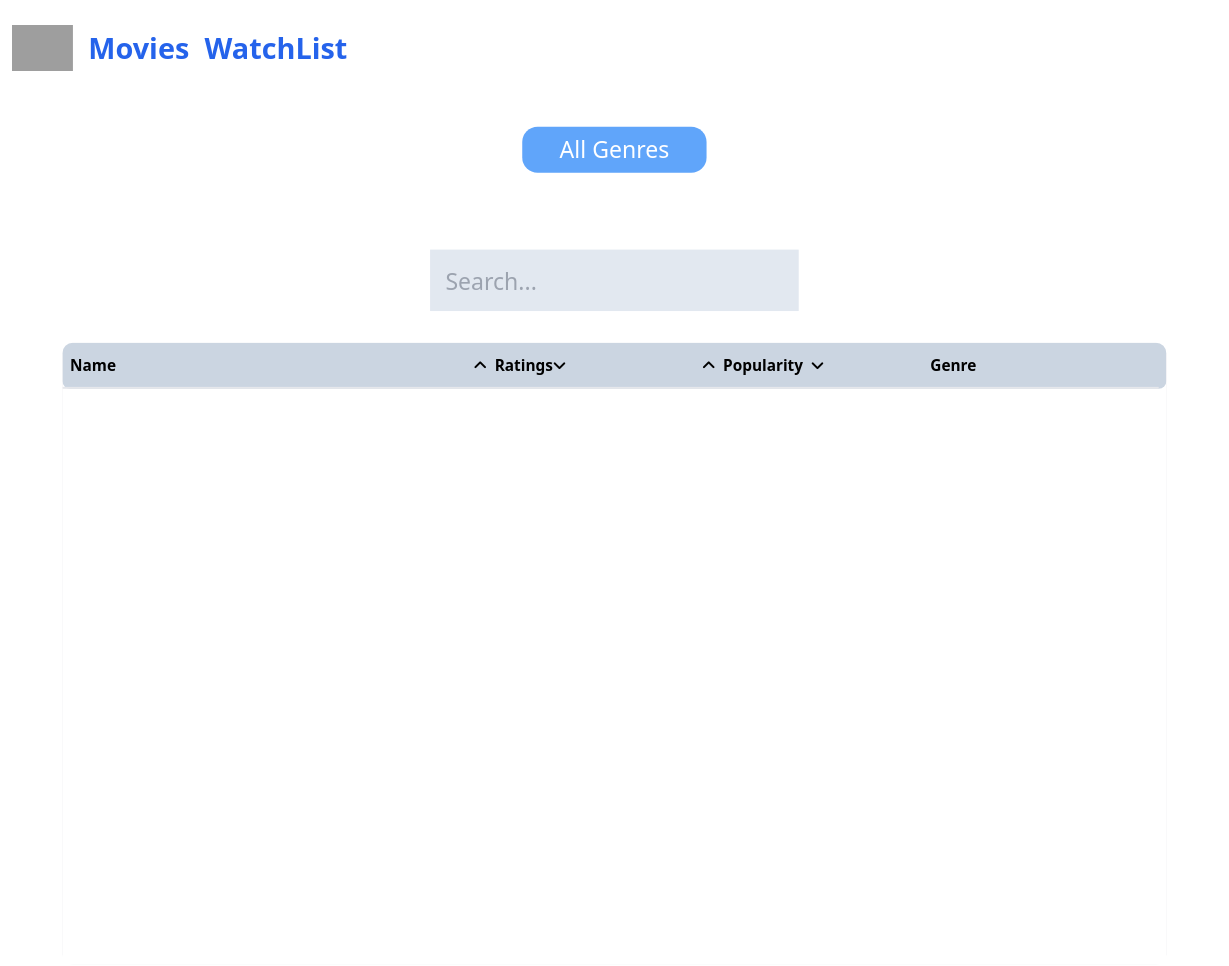
Repository: Aakash20bhatt/LearnReact
Page: /watchlist (app in moviesApp/)
These files come from the project's save history. The page is drawn as it stood at one moment and after the next save; the edit follows.
The browser window is 1280 px wide. The pictures show the whole page, at 96% of full size.
Pictures or frames that could not be fetched are drawn as grey boxes. Some web libraries are served in a nearby version. The project was rebuilt for these pictures with package versions that can differ from the ones it lists, and the page was loaded fresh each time. Also part of the build but not shown: moviesApp/vite.config.js, moviesApp/src/App.css, moviesApp/src/Components/Banner.jsx, moviesApp/src/Components/MovieCard.jsx, moviesApp/src/Components/Pagination.jsx, moviesApp/src/redux/movieMiddleware.js, moviesApp/src/Components/Movies.jsx, moviesApp/src/Components/MovieDetails.jsx.

Above is the page before, as saved 2024-08-25 14:15:16.

After the next save:
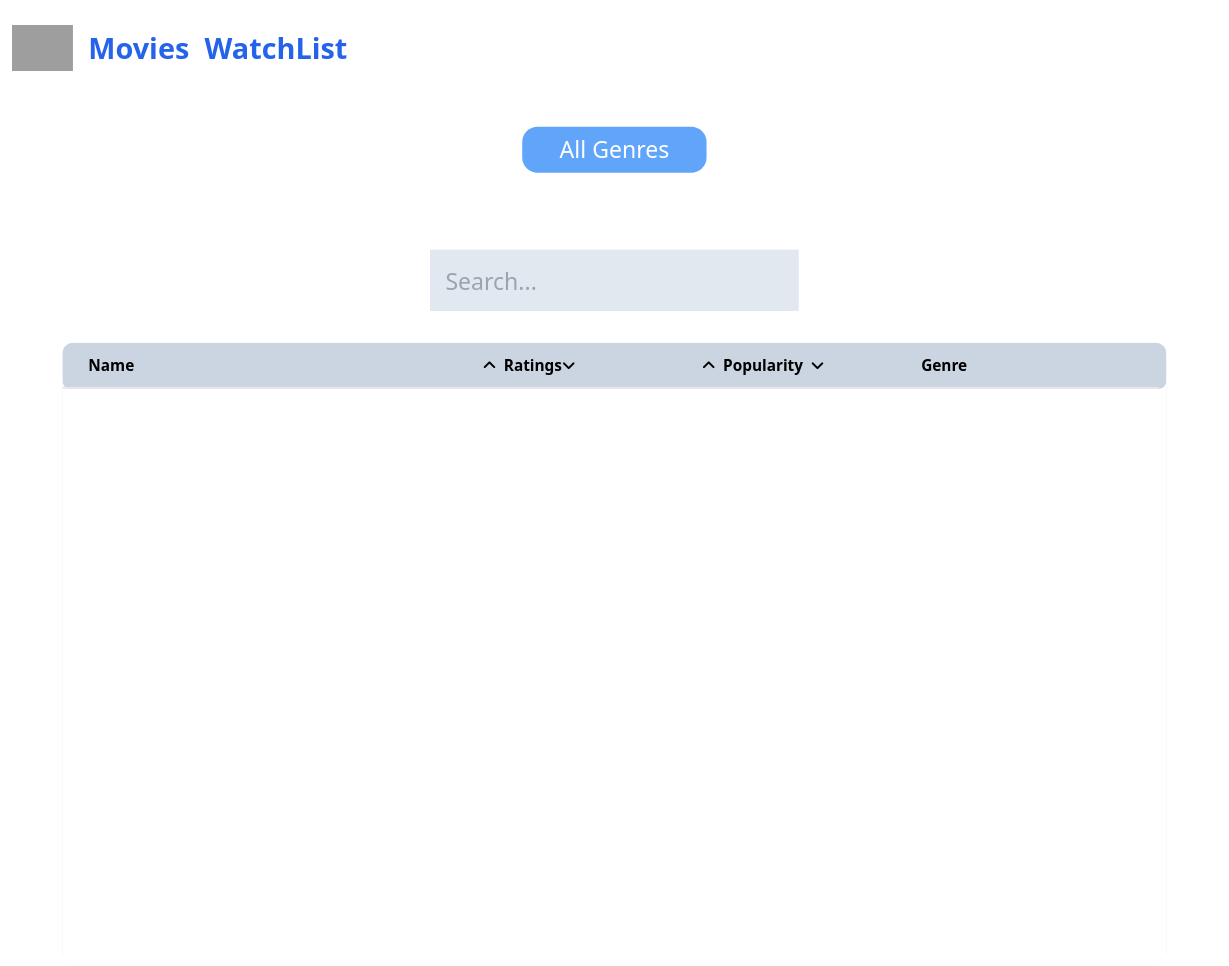
Saved 83 s later.
--- a/moviesApp/src/Components/Watchlist.jsx
+++ b/moviesApp/src/Components/Watchlist.jsx
@@ -97,7 +97,7 @@ export default function Watchlist() {
             />
             <table className="rounded-xl border w-[90%] overflow-hidden">
                 <thead className="heading flex bg-slate-300 h-12 rounded-lg pr-2">
-                    <th className="heading-row flex items-center justify-between w-full border-b-2 text-left">
+                    <th className="heading-row flex items-center justify-around w-full border-b-2 text-left">
                         <tr className="column w-1/3	 p-2">Name</tr>
                         <tr className="column w-1/6 ">
                             <i onClick={() => sortAscending('vote_average')} className="cursor-pointer fa-solid fa-angle-up mr-2"></i>
